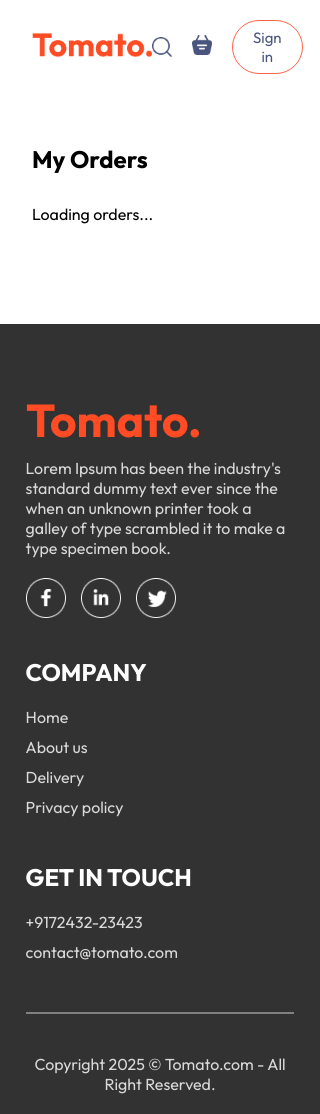
Repository: KartikChouhan03/food-delivery-app
Page: /myorders (app in frontend/)
An editor plug-in stored every save of this project. The page is shown before and after the next save, followed by the edit.
The browser window is 320 px wide. The pictures show the whole page.
The page's requests for data from a server got no answer. Some web fonts or font styles are not loaded; a fallback is used. The project was rebuilt for these pictures with package versions that can differ from the ones it lists, and the page was loaded fresh each time. No one was signed in, and anything a server would have sent is missing. Also part of the build but not shown: frontend/vite.config.js, frontend/src/components/Header/Header.css, frontend/src/components/Header/Header.jsx, frontend/src/components/ExploreMenu/ExploreMenu.css, frontend/src/components/ExploreMenu/ExploreMenu.jsx, frontend/src/components/FoodDisplay/FoodDisplay.css, frontend/src/components/FoodItem/FoodItem.css, frontend/src/components/FoodItem/FoodItem.jsx and 12 more.

Above is the page before, as saved 2025-08-18 20:07:47.

After the next save:
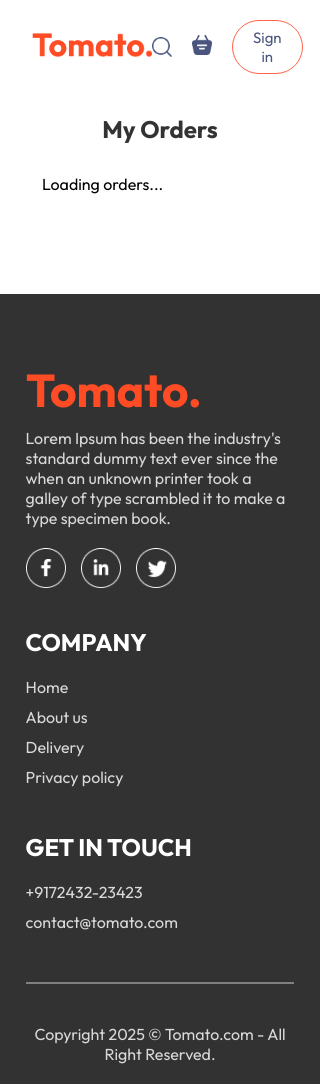
Saved 101 s later.
--- a/frontend/src/pages/MyOrders/MyOrders.css
+++ b/frontend/src/pages/MyOrders/MyOrders.css
@@ -1,55 +1,136 @@
-.my-orders{
-    margin:50px 0px;
+.my-orders {
+    margin: 50px 0px;
+    padding: 0 20px;
 }
 
-.my-orders .container{
+.my-orders h2 {
+    text-align: center;
+    margin-bottom: 30px;
+    color: #333;
+}
+
+.my-orders .container {
     display: flex;
     flex-direction: column;
-    gap:20px;
+    gap: 20px;
     margin-top: 30px;
+    max-width: 1200px;
+    margin-left: auto;
+    margin-right: auto;
 }
 
-.my-orders-order{
-    display: flex;
-    grid-template-columns: 0.5fr 2fr 1fr 1fr 2fr 1fr;
+.my-orders-order {
+    display: grid;
+    grid-template-columns: 50px 1fr auto auto auto auto;
     align-items: center;
-    gap: 30px;
+    gap: 15px;
     font-size: 14px;
-    padding: 10px 20px;
+    padding: 15px 20px;
     color: #454545;
     border: 1px solid tomato;
+    border-radius: 8px;
+    background-color: #fff;
+    box-shadow: 0 2px 4px rgba(0,0,0,0.1);
+    transition: all 0.3s ease;
 }
 
-.my-orders-order img{
-    width: 50px;
+.my-orders-order:hover {
+    box-shadow: 0 4px 8px rgba(0,0,0,0.15);
 }
 
-.my-orders-order p span{
-    color:  tomato;
+.my-orders-order img {
+    width: 50px;
+    height: 50px;
+    object-fit: cover;
+    border-radius: 50%;
 }
 
-.my-orders-order p b{
-    font-weight: 500;
-    color:  #454545;
+.my-orders-order p {
+    margin: 0;
+    line-height: 1.4;
 }
 
-.my-orders-order button{
+.my-orders-order p span {
+    color: tomato;
+}
+
+.my-orders-order p b {
+    font-weight: 500;
+    color: #454545;
+}
+
+.my-orders-order button {
     border: none;
-    padding: 12px 0pc ;
+    padding: 8px 16px;
     border-radius: 4px;
     background-color: #ffe1e1;
     cursor: pointer;
     color: #454545;
+    font-size: 14px;
+    transition: background-color 0.3s ease;
 }
 
-@media (max-width:900px) {
-    .my-orders-order{
-        grid-template-columns: 1fr 2fr 1fr;
-        row-gap: 5px;
-        font-size: 12px;
+.my-orders-order button:hover {
+    background-color: #ffcccc;
+}
+
+/* Responsive Design */
+@media (max-width: 1200px) {
+    .my-orders-order {
+        grid-template-columns: 50px 1fr auto auto;
+        gap: 10px;
+    }
+}
+
+@media (max-width: 768px) {
+    .my-orders {
+        margin: 30px 10px;
+        padding: 0 10px;
     }
 
-    .my-orders-order button{
-        font-size: 10px;
+    .my-orders-order {
+        grid-template-columns: 1fr;
+        text-align: center;
+        gap: 10px;
+        padding: 15px;
+    }
+
+    .my-orders-order img {
+        margin: 0 auto;
+    }
+
+    .my-orders-order button {
+        width: 100%;
+        max-width: 200px;
+        margin: 0 auto;
     }
 }
+
+@media (max-width: 480px) {
+    .my-orders {
+        margin: 20px 5px;
+        padding: 0 5px;
+    }
+
+    .my-orders-order {
+        font-size: 12px;
+        padding: 10px;
+    }
+
+    .my-orders-order img {
+        width: 40px;
+        height: 40px;
+    }
+
+    .my-orders-order button {
+        font-size: 12px;
+        padding: 6px 12px;
+    }
+}
+
+/* Additional responsive utilities */
+@media (max-width: 320px) {
+    .my-orders-order {
+        font-size: 11px;
+    }
+}

After the save that followed:
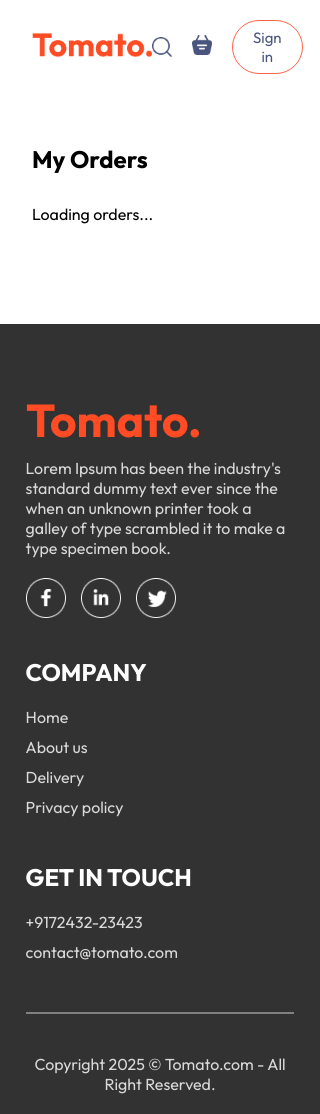
Saved 52 s later.
--- a/frontend/src/pages/MyOrders/MyOrders.css
+++ b/frontend/src/pages/MyOrders/MyOrders.css
@@ -1,136 +1,55 @@
-.my-orders {
-    margin: 50px 0px;
-    padding: 0 20px;
+.my-orders{
+    margin:50px 0px;
 }
 
-.my-orders h2 {
-    text-align: center;
-    margin-bottom: 30px;
-    color: #333;
+.my-orders .container{
+    display: flex;
+    flex-direction: column;
+    gap:20px;
+    margin-top: 30px;
 }
 
-.my-orders .container {
+.my-orders-order{
     display: flex;
-    flex-direction: column;
-    gap: 20px;
-    margin-top: 30px;
-    max-width: 1200px;
-    margin-left: auto;
-    margin-right: auto;
+    grid-template-columns: 0.5fr 2fr 1fr 1fr 2fr 1fr;
+    align-items: center;
+    gap: 30px;
+    font-size: 14px;
+    padding: 10px 20px;
+    color: #454545;
+    border: 1px solid tomato;
 }
 
-.my-orders-order {
-    display: grid;
-    grid-template-columns: 50px 1fr auto auto auto auto;
-    align-items: center;
-    gap: 15px;
-    font-size: 14px;
-    padding: 15px 20px;
-    color: #454545;
-    border: 1px solid tomato;
-    border-radius: 8px;
-    background-color: #fff;
-    box-shadow: 0 2px 4px rgba(0,0,0,0.1);
-    transition: all 0.3s ease;
+.my-orders-order img{
+    width: 50px;
 }
 
-.my-orders-order:hover {
-    box-shadow: 0 4px 8px rgba(0,0,0,0.15);
+.my-orders-order p span{
+    color:  tomato;
 }
 
-.my-orders-order img {
-    width: 50px;
-    height: 50px;
-    object-fit: cover;
-    border-radius: 50%;
+.my-orders-order p b{
+    font-weight: 500;
+    color:  #454545;
 }
 
-.my-orders-order p {
-    margin: 0;
-    line-height: 1.4;
-}
-
-.my-orders-order p span {
-    color: tomato;
-}
-
-.my-orders-order p b {
-    font-weight: 500;
-    color: #454545;
-}
-
-.my-orders-order button {
+.my-orders-order button{
     border: none;
-    padding: 8px 16px;
+    padding: 12px 0pc ;
     border-radius: 4px;
     background-color: #ffe1e1;
     cursor: pointer;
     color: #454545;
-    font-size: 14px;
-    transition: background-color 0.3s ease;
 }
 
-.my-orders-order button:hover {
-    background-color: #ffcccc;
-}
+@media (max-width:900px) {
+    .my-orders-order{
+        grid-template-columns: 1fr 2fr 1fr;
+        row-gap: 5px;
+        font-size: 12px;
+    }
 
-/* Responsive Design */
-@media (max-width: 1200px) {
-    .my-orders-order {
-        grid-template-columns: 50px 1fr auto auto;
-        gap: 10px;
+    .my-orders-order button{
+        font-size: 10px;
     }
 }
-
-@media (max-width: 768px) {
-    .my-orders {
-        margin: 30px 10px;
-        padding: 0 10px;
-    }
-
-    .my-orders-order {
-        grid-template-columns: 1fr;
-        text-align: center;
-        gap: 10px;
-        padding: 15px;
-    }
-
-    .my-orders-order img {
-        margin: 0 auto;
-    }
-
-    .my-orders-order button {
-        width: 100%;
-        max-width: 200px;
-        margin: 0 auto;
-    }
-}
-
-@media (max-width: 480px) {
-    .my-orders {
-        margin: 20px 5px;
-        padding: 0 5px;
-    }
-
-    .my-orders-order {
-        font-size: 12px;
-        padding: 10px;
-    }
-
-    .my-orders-order img {
-        width: 40px;
-        height: 40px;
-    }
-
-    .my-orders-order button {
-        font-size: 12px;
-        padding: 6px 12px;
-    }
-}
-
-/* Additional responsive utilities */
-@media (max-width: 320px) {
-    .my-orders-order {
-        font-size: 11px;
-    }
-}
